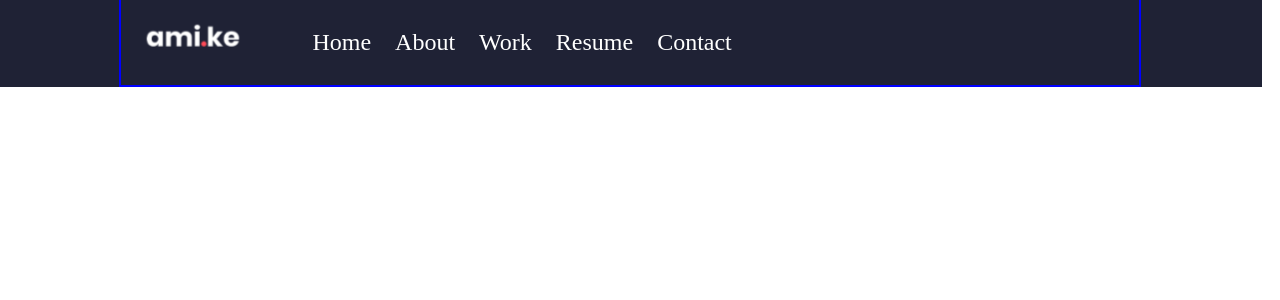
Repository: imokha01/HTML
Page: index.html
These files come from the project's save history. The page is drawn as it stood at one moment and after a run of saves; the edit follows.
The browser window is 1280 px wide. The pictures show the whole page.

Above is the page before, as saved 2023-11-18 13:43:40.

### index.html
<!DOCTYPE html>
<html lang="en">
<head>
    <meta charset="UTF-8">
    <meta name="viewport" content="width=device-width, initial-scale=1.0">
    <title>My Web Page</title>
    <link rel="stylesheet" href="./index.css">
</head>
<body>
    <!-- NAVIGATION BAR -->
    <header class="banner">
        <div class="nav_bar">
            <a href="#home"><img src="./assets/logo.png" alt="logo" id="logo"></a>
            <nav class="links">
                <ul>
                    <li> <a href="" id="home">Home</a></li>
                    <li> <a href="">About</a></li>
                    <li> <a href="">Work</a></li>
                    <li><a href="">Resume</a></li>
                    <li><a href="">Contact</a></li>
                </ul>
            </nav>
        </div>
    </header>

      <!-- HOME PAGE-->
      <!-- <div class="home_page">
        <div>
            <div>
                <p>Hello, I'am</p>
                <h1>Ahmed Wahab</h1>
                <span>I am a web developer</span>
                <a href="contact"><button>Get in Touch</button></a>
            </div>
            <div>
                <div>
                    <h2>100</h2>
                    <h4 id="client">HAPPY CLIENTS</h4>
                    <p id="client_response">Lorem ipsum dolor sit amet consectetur, adipisicing elit. Eius sit cupiditate voluptatum veritatis
                        libero id! Quasi a recusandae odio.
                    </p>
                </div>
                <div>
                    <h2>12</h2>
                    <h4 id="awards">AWARDS</h4>
                    <p id="award_discription">Lorem ipsum dolor sit amet, consectetur adipiscing elit, sed do eiusmod tempor incididunt
                        ut labore et dolore magna aliqua.</p>
                </div>
            </div>
        </div>
        <div class="my_image">
            <img src="./assets/image.png" alt="My image">
        </div>
    </div> -->

</body>
</html>

### index.css
head {
    width: 100%;
    height: 100%;
}
.banner {
    background-color: #1f2235;
    display: flex;
    width: 100%;
    height: 100%;
    margin: -10px;
}

.banner > .nav_bar {
    display: flex;
    margin: auto ;
    padding: 3px;
    height: 60%;
    width: 80%;
   border: 2px solid blue;

}
#logo {

    padding: 20px;

}

li {
    list-style-type: none;
    font-size: 24px;
    display: inline-flex;
    flex-direction: row;
    justify-content: flex-end;
    align-items: flex-end;
}

li > a {

    color: white;
    text-decoration: none;
    padding: 10px;

}

After the next 5 saves:
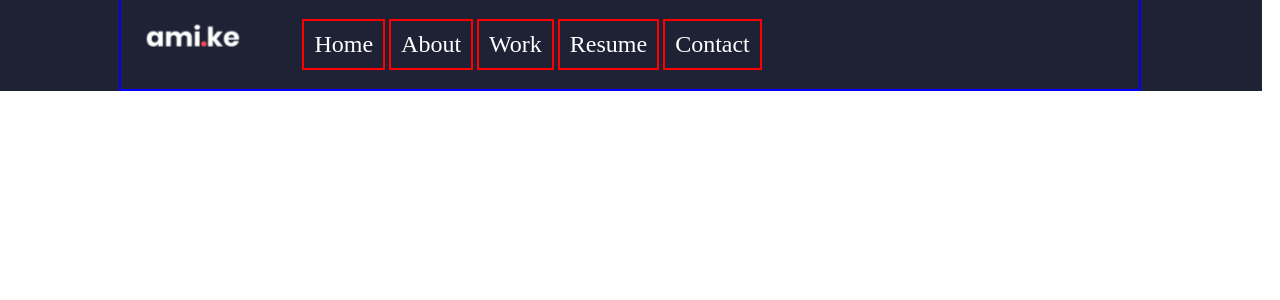
The 5 saves are shown as one change because they came seconds apart.
The last was saved 11 s later.
--- a/index.css
+++ b/index.css
@@ -32,6 +32,7 @@ li {
     flex-direction: row;
     justify-content: flex-end;
     align-items: flex-end;
+    border: 2px solid red
 }
 
 li > a {
